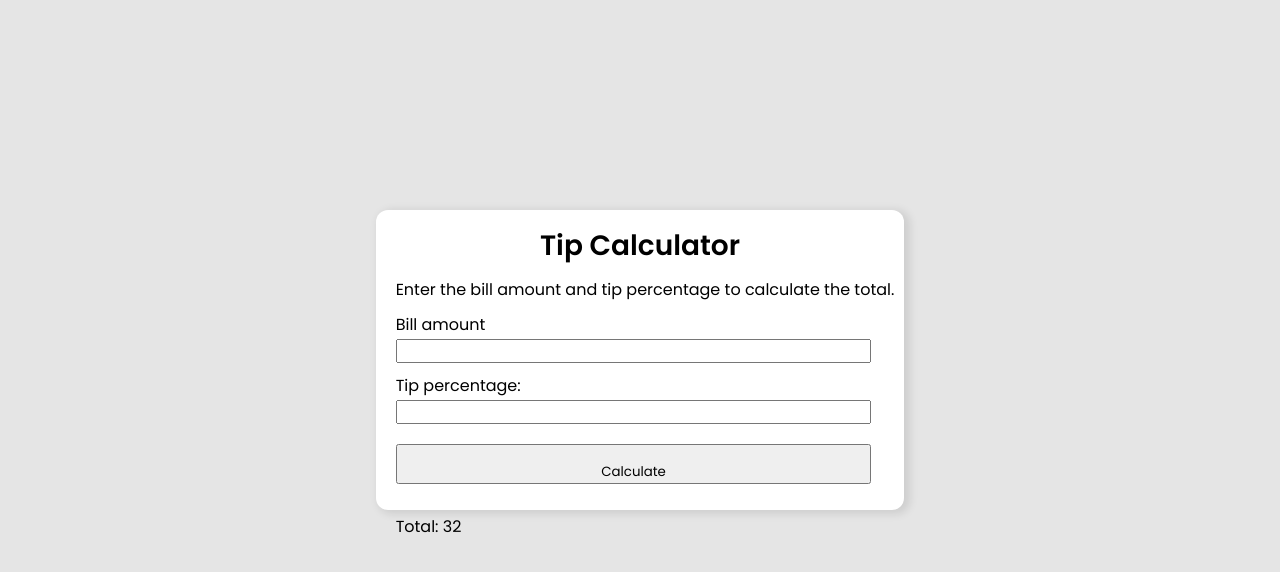
Repository: Ankitkr2021/Tip-Calculator
Page: index.html
The author's editor kept a copy of each file at every save. The page is drawn from the files as they stood at one save, then again after the next save.
The browser window is 1280 px wide. The pictures show the whole page.

Above is the page before, as saved 2025-10-27 10:55:03.

After the next save:
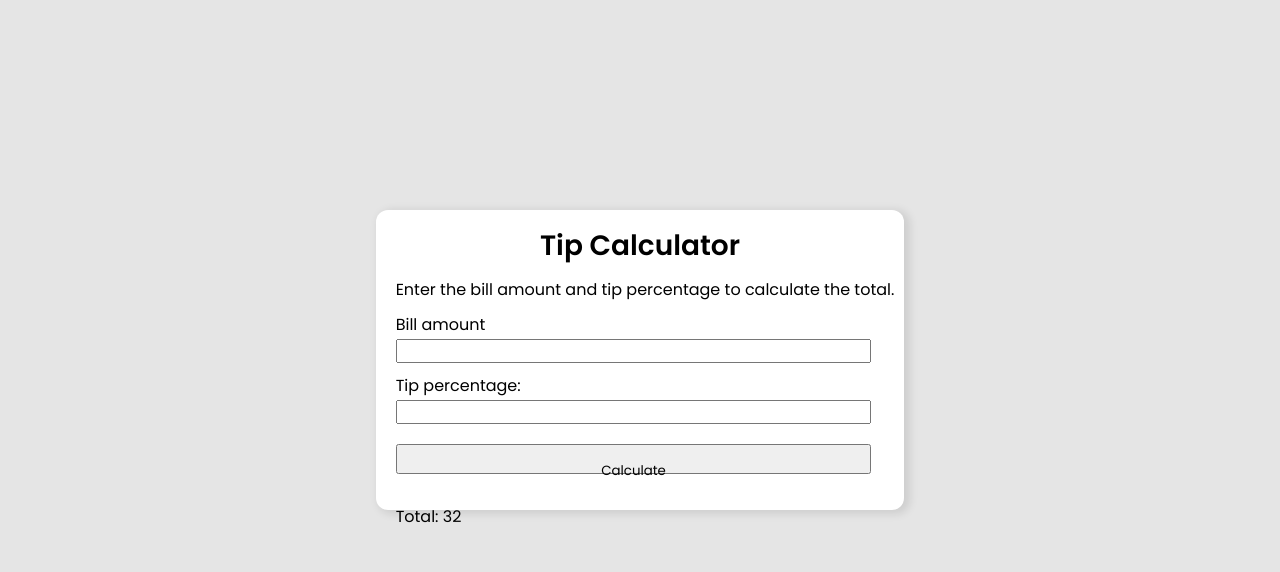
Saved 4 s later.
--- a/style.css
+++ b/style.css
@@ -45,5 +45,5 @@ button {
     padding: 15px 0 0 0;
     width: 90%;
     margin: 20px;
-    height: 40px;
+    height: 30px;
 }
